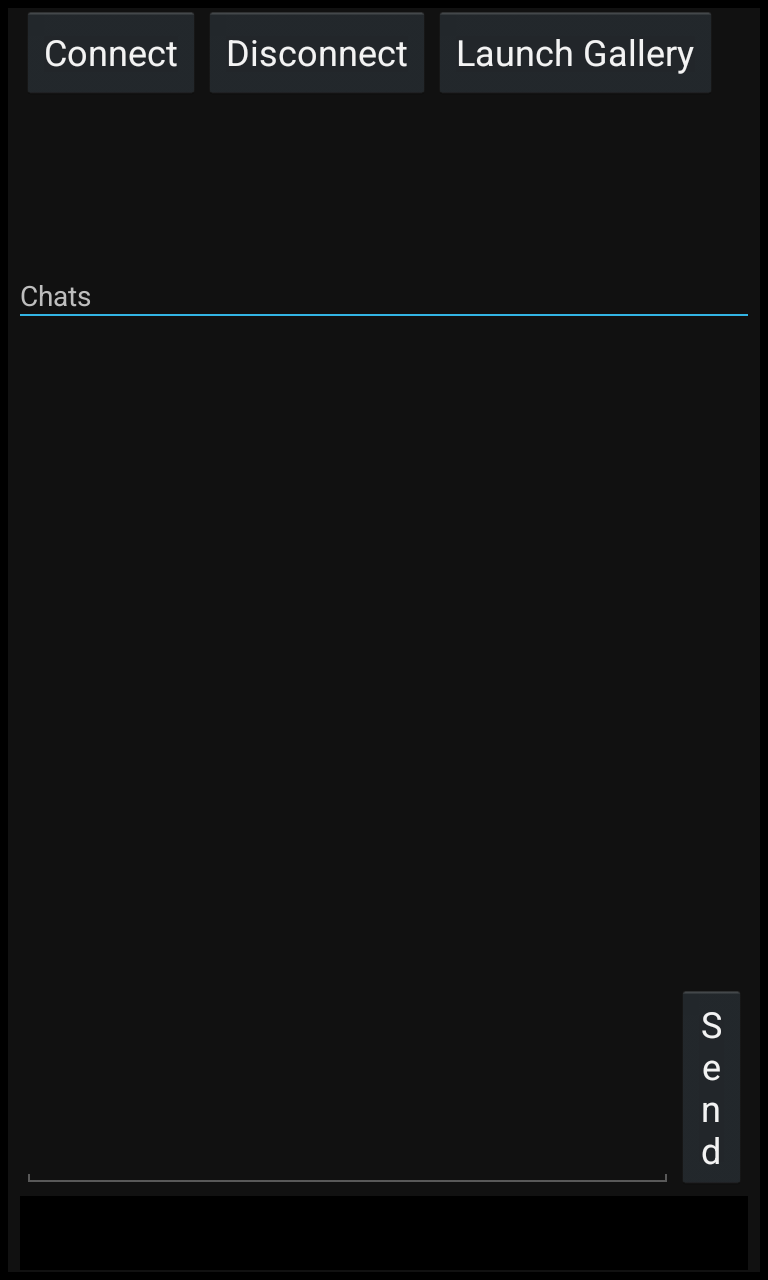
Repository: flyingbuffalo/AndroidTest
Layout: WiFiDirectDemo/res/layout/device_detail.xml
These files come from the project's save history. The layout is drawn as it stood at one moment and after a run of saves; the edit follows.
It is drawn on a 768 x 1280 px phone screen (xhdpi) without system bars, with theme android:Theme.Holo; the app's code is not run. Lists and similar views that code fills are empty.

Above is the layout before, as saved 2014-08-05 13:16:24.

### WiFiDirectDemo/res/layout/device_detail.xml
<?xml version="1.0" encoding="utf-8"?>
<RelativeLayout
    xmlns:android="http://schemas.android.com/apk/res/android"
    android:orientation="horizontal"
    android:layout_width="match_parent"
    android:layout_height="match_parent"
    android:background="@drawable/details_view"
    android:visibility="visible">

    <LinearLayout
        android:orientation="vertical"
        android:layout_width="match_parent"
        android:layout_height="wrap_content"
        android:layout_alignParentLeft="true"
        android:layout_alignParentRight="true"
        android:layout_alignParentTop="true"
        android:layout_above="@+id/chat_typing" >

        <LinearLayout
            android:orientation="horizontal"
            android:layout_width="match_parent"
            android:layout_height="wrap_content">
            <Button
                android:id="@+id/btn_connect"
                android:layout_width="wrap_content"
                android:layout_height="wrap_content"
                android:text="@string/connect_peer_button" />
            <Button
                android:id="@+id/btn_disconnect"
                android:layout_width="wrap_content"
                android:layout_height="wrap_content"
                android:text="@string/disconnect_peer_button" />
            <Button
                android:id="@+id/btn_start_client"
                android:layout_width="wrap_content"
                android:layout_height="wrap_content"
                android:text="@string/get_file_button"
                android:visibility="visible" />
        </LinearLayout>
        <TextView
            android:id="@+id/device_address"
            android:layout_width="match_parent"
            android:layout_height="wrap_content" />
        <TextView
            android:id="@+id/device_info"
            android:layout_width="match_parent"
            android:layout_height="wrap_content" />
        <TextView
            android:id="@+id/group_owner"
            android:layout_width="match_parent"
            android:layout_height="wrap_content" />
        <TextView
            android:id="@+id/group_ip"
            android:layout_width="match_parent"
            android:layout_height="wrap_content" />

        <TextView
            android:layout_marginTop="12dp"
	        android:layout_width="fill_parent"
	        android:layout_height="wrap_content"
	        android:gravity="center_vertical"
	        android:text="Chats" />

	    <View
	        android:layout_width="fill_parent"
	        android:layout_height="1dp"
	        android:gravity="center_vertical"
	        android:background="@android:color/holo_blue_light" />

	    <!-- Available peers -->
	    <ListView
	        android:layout_marginTop="5dp"
	        android:layout_marginBottom="5dp"
	        android:id="@+id/chat_list"
	        android:layout_width="match_parent"
	        android:layout_height="match_parent"
	        android:drawSelectorOnTop="false" />

    </LinearLayout>

    <LinearLayout
        android:layout_width="match_parent"
        android:layout_height="wrap_content"
        android:id="@+id/chat_typing"
        android:orientation="horizontal"
        android:layout_marginBottom="3dp"
        android:layout_alignParentLeft="true"
        android:layout_alignParentRight="true"
		android:layout_above="@+id/status_bar" >

        <EditText
            android:layout_width="0dp"
            android:layout_height="match_parent"
            android:layout_weight="9"
            android:id="@+id/chat_edttext" >
        </EditText>

        <Button
            android:layout_width="0dp"
            android:layout_height="match_parent"
            android:layout_weight="1"
            android:text="Send"
            android:id="@+id/chat_btn" >
        </Button>

    </LinearLayout>

    <LinearLayout
        android:layout_width="match_parent"
        android:id="@+id/status_bar"
        android:orientation="vertical"
        android:layout_gravity="bottom"
        android:layout_height="37dp"
        android:layout_marginBottom="3dp"
        android:background="@android:color/background_dark"
        android:layout_alignParentLeft="true"
        android:layout_alignParentRight="true"
        android:layout_alignParentBottom="true" >

        <TextView
            android:layout_width="wrap_content"
            android:layout_height="match_parent"
            android:layout_gravity="center"
            android:layout_margin="5dp"
            android:textColor="@android:color/white"
            android:id="@+id/status_text">
        </TextView>
    </LinearLayout>
</RelativeLayout>

Loaded but not shown: WiFiDirectDemo/res/drawable/details_view.xml (common file); WiFiDirectDemo/res/values/strings.xml (common file); WiFiDirectDemo/res/values/colors.xml (common file)

After the next 2 saves:
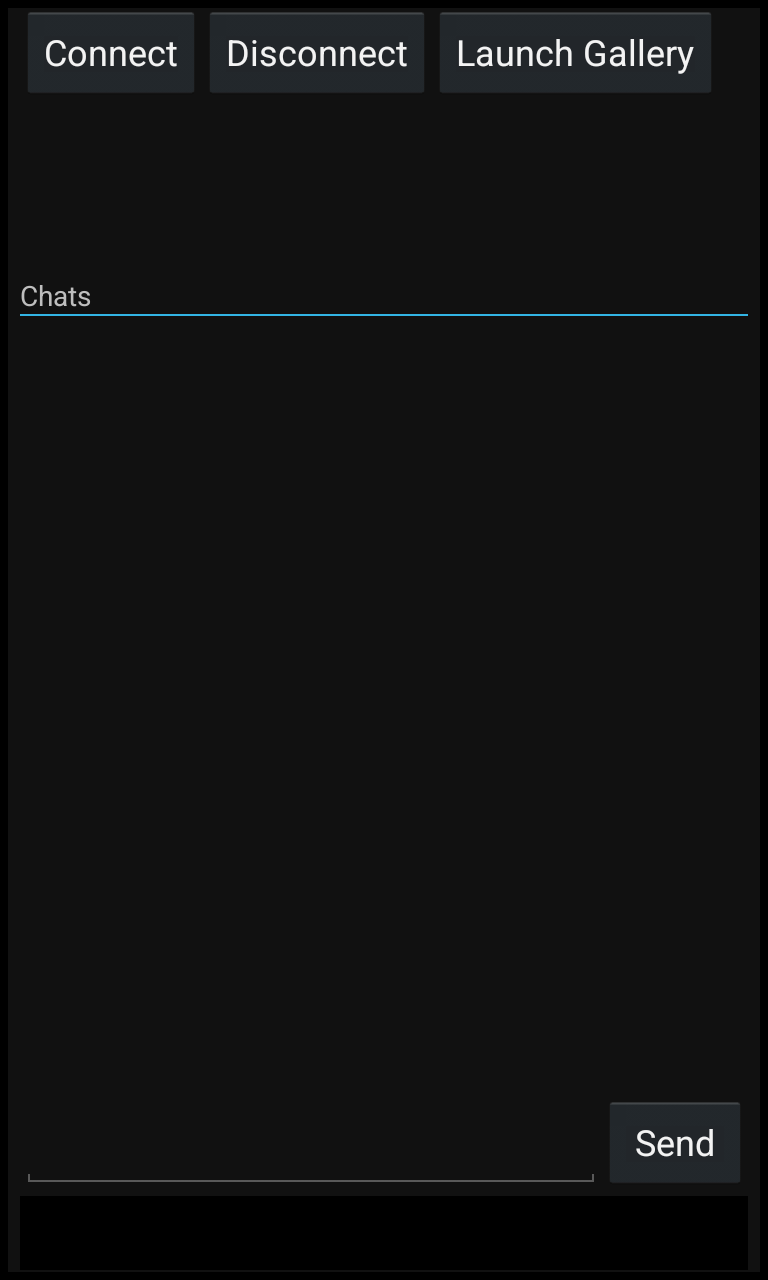
The 2 saves are shown as one change because they came seconds apart.
The last was saved 16 s later.
--- a/WiFiDirectDemo/res/layout/device_detail.xml
+++ b/WiFiDirectDemo/res/layout/device_detail.xml
@@ -91,14 +91,14 @@
         <EditText
             android:layout_width="0dp"
             android:layout_height="match_parent"
-            android:layout_weight="9"
+            android:layout_weight="8"
             android:id="@+id/chat_edttext" >
         </EditText>
 
         <Button
             android:layout_width="0dp"
             android:layout_height="match_parent"
-            android:layout_weight="1"
+            android:layout_weight="2"
             android:text="Send"
             android:id="@+id/chat_btn" >
         </Button>
